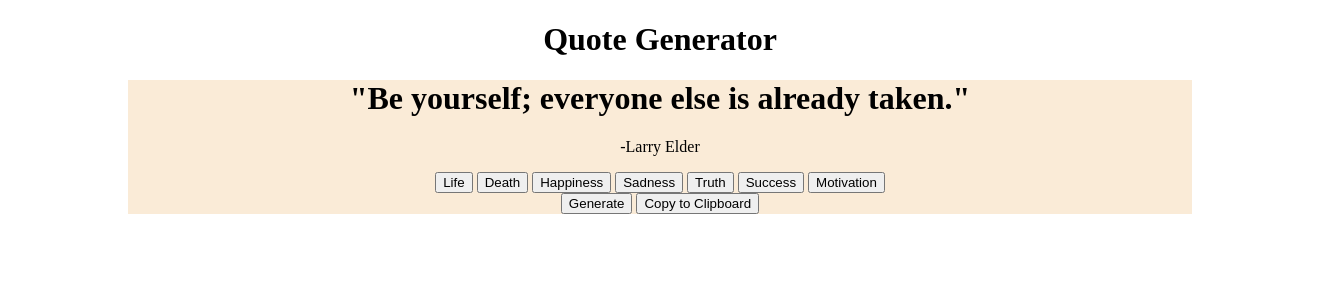
Repository: moehaymanmyint/Random-Quote-Generator
Page: index.html
These files come from the project's save history. The page is drawn as it stood at one moment and after the next save; the edit follows.
The browser window is 1280 px wide. The page is 1292 px wide, then 1322 px, so the pictures cover 1322 px, including what lies to the right of the window. The pictures show the whole page.

Above is the page before, as saved 2024-11-05 22:08:45.

After the next save:
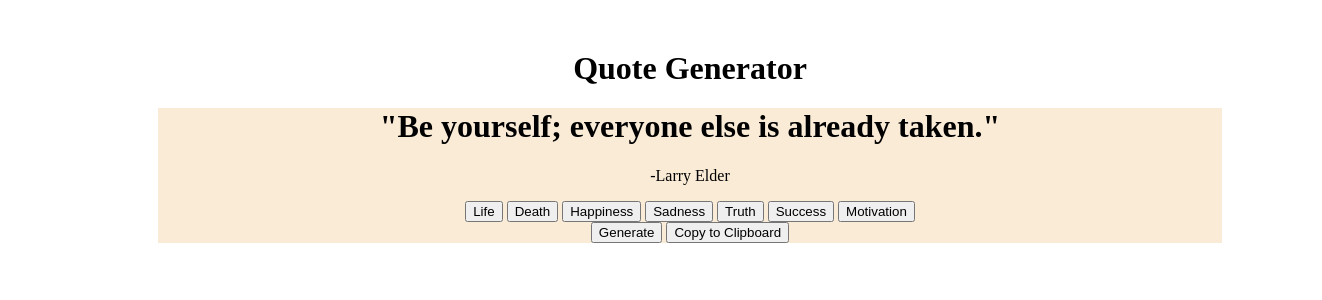
Saved 6 s later.
--- a/style.css
+++ b/style.css
@@ -1,7 +1,7 @@
 .container{
     width: 100%;
     text-align: center;
-    margin: 20px;
+    margin: 50px;
 }
 
 .quote-box{
